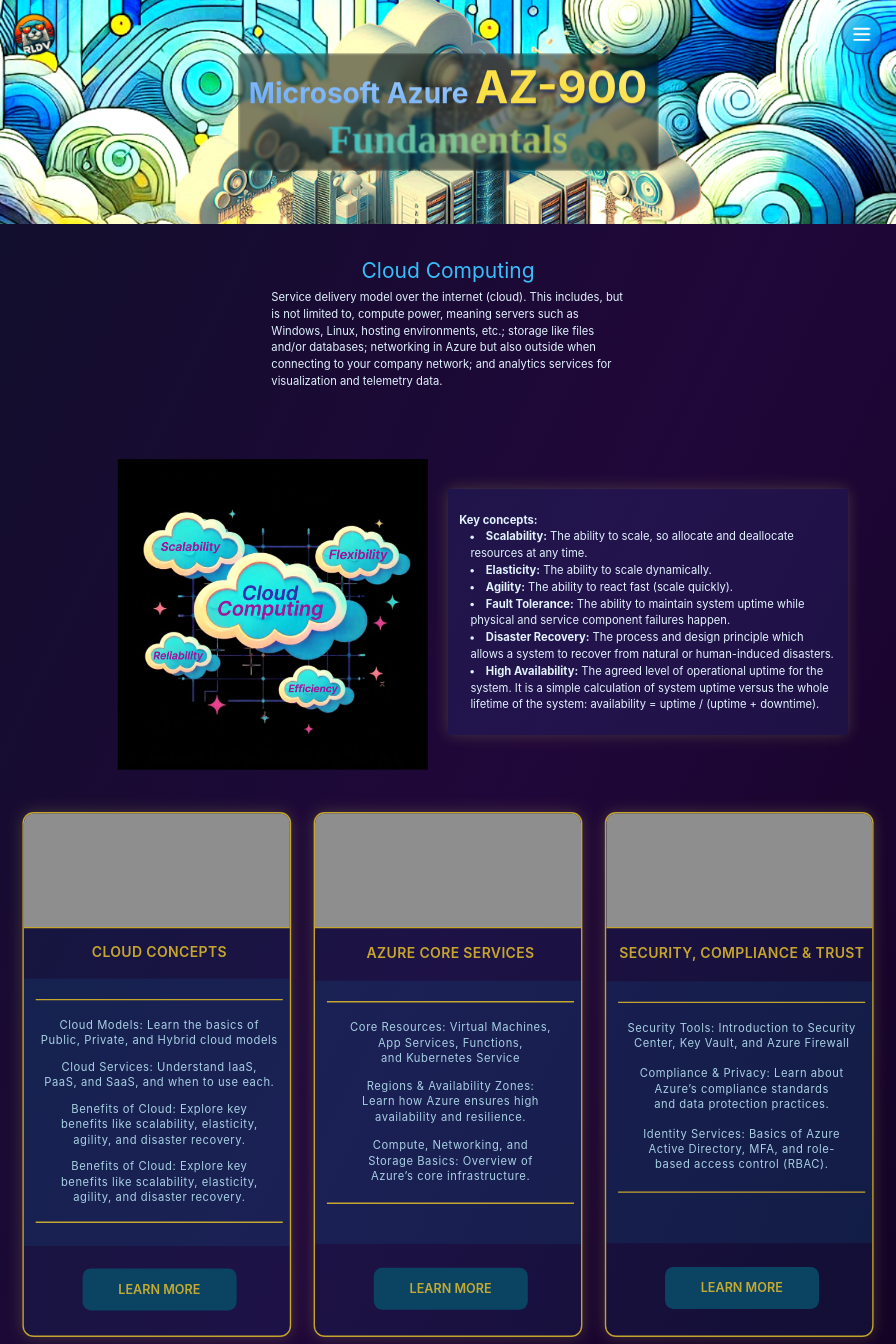
Repository: Freezler/az-900_svelte5
Page: /
These files come from the project's save history. The page is drawn as it stood at one moment and after a run of saves; the edit follows.
The browser window is 1280 px wide. The pictures show the part of the page from y = 0 to 1920 px (the page is 2638 px tall), at 70% of full size.
Pictures or frames that could not be fetched are drawn as grey boxes. The project was rebuilt for these pictures with package versions that can differ from the ones it lists, and the page was loaded fresh each time. The framework's server and built-in components were replaced by stand-ins that run in the browser. Also part of the build but not shown: vite.config.ts.

Above is the page before, as saved 2024-11-10 10:46:37.

After the next 2 saves:
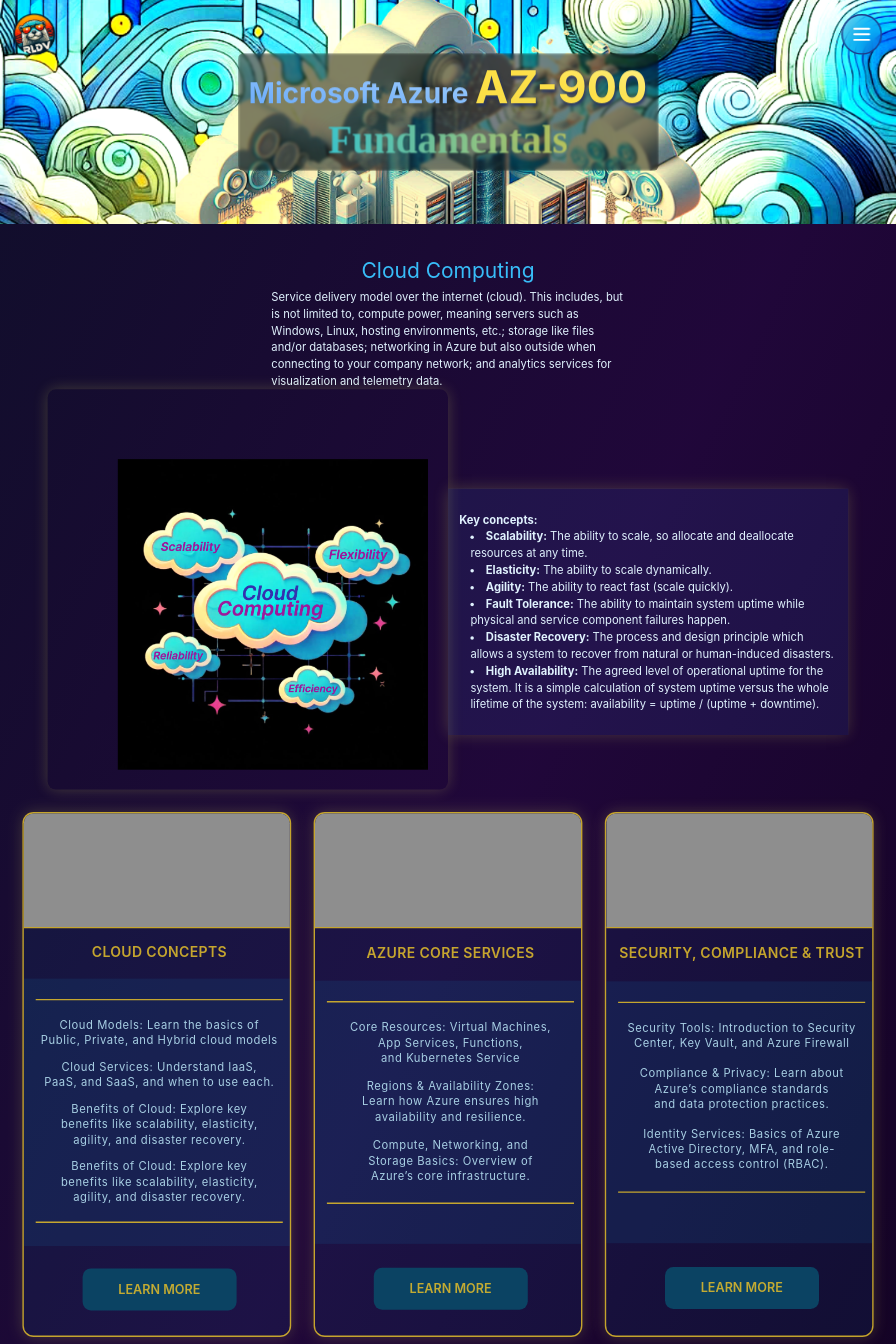
The 2 saves are shown as one change because they came seconds apart.
The last was saved 31 s later.
--- a/src/components/ComputingArticle.svelte
+++ b/src/components/ComputingArticle.svelte
@@ -14,7 +14,7 @@
 		alt="cloudSolutions"
 		loading="lazy"
 
-		class=" text-sky-100  w-[572px] "
+		class=" text-sky-100  w-[572px] place-self-center rounded-xl shadow-[0_0px_22px_rgba(255,255,99,0.2)]"
 	/>
 	<article
 		class=" bg-blue-500/10  text-sky-100 px-4 py-8 w-[572px] mt-16 prounded-xl shadow-[0_0px_22px_rgba(255,255,99,0.2)]"
